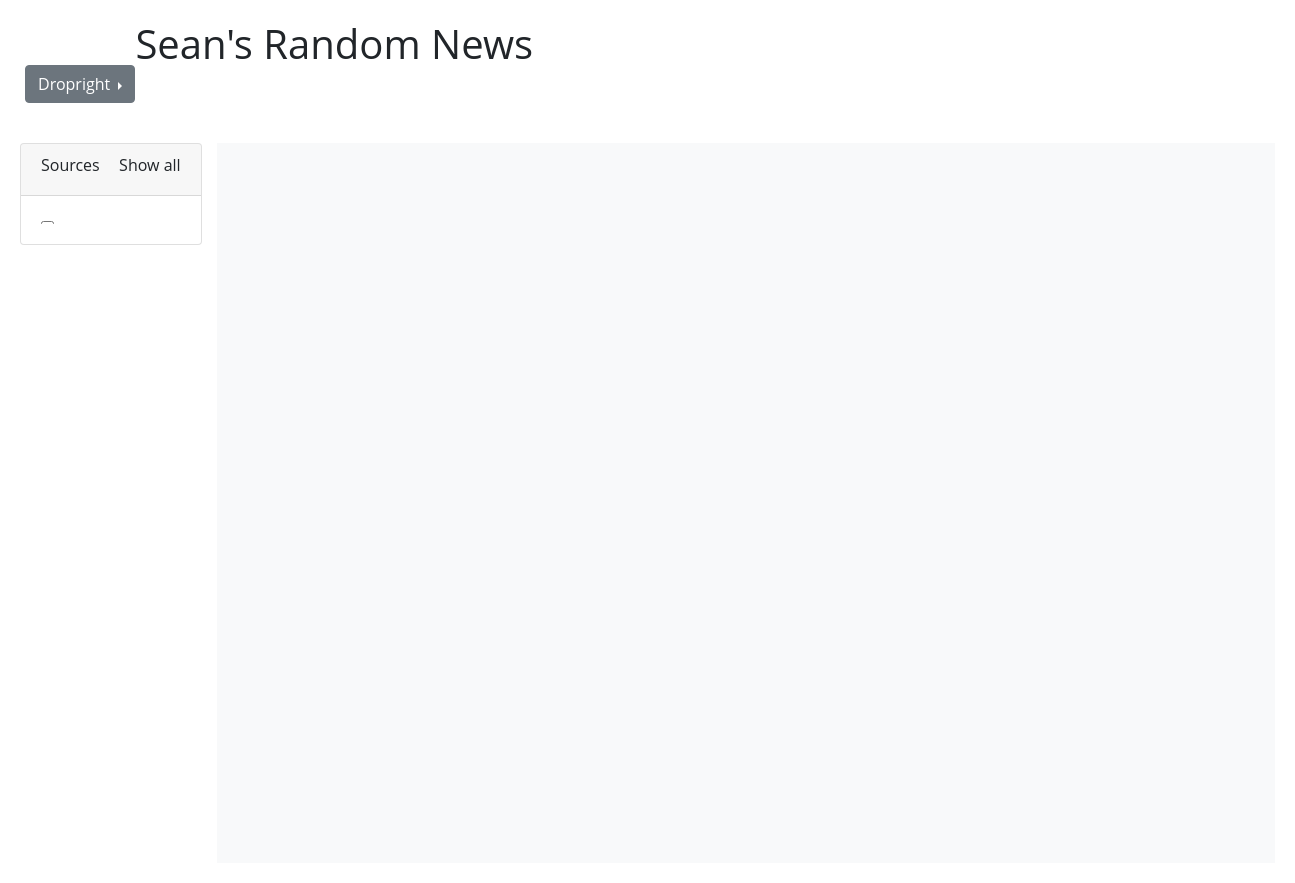
Repository: tts2610/GoogleNews
Page: index.html
The author's editor kept a copy of each file at every save. The page is drawn from the files as they stood at one save, then again after the next save.
The browser window is 1280 px wide. The page is 1295 px wide, so the pictures cover 1295 px, including what lies to the right of the window. The pictures show the whole page.
The page's requests for data from a server got no answer. Some web libraries are served in a nearby version.

Above is the page before, as saved 2020-05-21 11:08:28.

### index.html
<!DOCTYPE html>
<html lang="en">

<head>
    <meta charset="UTF-8">
    <meta name="viewport" content="width=device-width, initial-scale=1.0">
    <title>Document</title>
    <link rel="stylesheet" href="https://maxcdn.bootstrapcdn.com/bootstrap/4.4.1/css/bootstrap.min.css">

    <!-- jQuery library -->
    <script src="https://ajax.googleapis.com/ajax/libs/jquery/3.5.1/jquery.min.js"></script>

    <!-- Popper JS -->
    <script src="https://cdnjs.cloudflare.com/ajax/libs/popper.js/1.16.0/umd/popper.min.js"></script>

    <!-- Latest compiled JavaScript -->
    <script src="https://maxcdn.bootstrapcdn.com/bootstrap/4.4.1/js/bootstrap.min.js"></script>
    <link rel="stylesheet" href="css/style.css">

    <link href="https://unpkg.com/aos@2.3.1/dist/aos.css" rel="stylesheet">

    <link rel="stylesheet" href="https://cdnjs.cloudflare.com/ajax/libs/animate.css/4.0.0/animate.min.css" />
    <script src="js/moment.js"></script>
</head>

<body>
    <div class="myContainer">
        <div class="row">
            <div class="btn-group dropright" style="margin-left: -480px; margin-top: 45px;">
                <button type="button" class="btn btn-secondary dropdown-toggle" data-toggle="dropdown" aria-haspopup="true" aria-expanded="false">
              Dropright
            </button>
                <div class="dropdown-menu">
                    <!-- Dropdown menu links -->
                </div>
            </div>
            <h1>Sean's Random News</h1>
        </div>

        <div class="row">
            <div class="col-2 sidenav">
                <div class="card">
                    <article class="card-group-item">
                        <header class="card-header">
                            <h6 class="title">Sources<span style="float: right; cursor: pointer;" onclick="showAll(1)">Show all</span></h6>
                        </header>
                        <div class="filter-content">
                            <div class="card-body">
                                <form id="sideNav">
                                    <label class="form-check">
                                        <input class="form-check-input" type="checkbox" value="">
                                        <span class="form-check-label">

                                        </span>
                                    </label>
                                </form>

                            </div>
                            <!-- card-body.// -->
                        </div>
                    </article>
                    <!-- card-group-item.// -->

                    <!-- card-group-item.// -->
                </div>

            </div>
            <div class="col-10 content" id="myContent">

            </div>
        </div>



    </div>

    <script src="js/script.js"></script>
    <script src="https://unpkg.com/aos@2.3.1/dist/aos.js"></script>
    <script>
        AOS.init();
    </script>
</body>

</html>

### css/style.css
body {
    margin: 0;
    font-family: 'Open Sans', sans-serif;
}

.myContainer {
    /* display: flex;
    justify-content: start; */
}

.sidenav {
    min-height: 100vh;
    width: 250px;
    float: left;
    position: relative;
}

#sideNav {
    overflow-y: scroll;
}

.content {
    height: 100vh;
    width: calc(100% - 200px);
    float: right;
    position: relative;
    background-color: #f8f9fa;
    overflow-y: scroll;
}

.blog-entry-left {
    text-align: left;
    padding: 10px;
    width: 70%;
}

.blog-entry {
    padding: 10px;
}

.row {
    padding: 20px;
}

#container-row {
    display: flex;
    justify-content: flex-end;
}

button {
    margin-left: 500px;
}

### js/script.js
let newsList = [];
const apiKey = "2dc86bcdc7184b17b45b74b30858f75a"
let page = 1;
let pageSize = 6;
let sourceList = [];
let sourcePage = 0;
let categoryList = ['business', 'entertainment', 'general', 'health', 'science', 'sports', 'technology']
let q = "corona";
let filteredNews = []

const loadNews = async(page, category) => {
    let url;
    if (category && categoryList.includes(category)) {
        $("#myContent").empty();
        url = `https://newsapi.org/v2/top-headlines?q=${q}&apiKey=${apiKey}&page=${page}&pageSize=${pageSize}&category=${category}`;
    } else {
        $("#currentNews").remove();
        url = `https://newsapi.org/v2/top-headlines?q=${q}&apiKey=${apiKey}&page=${page}&pageSize=${pageSize}`;
    }

    let data = await fetch(url);
    let result = await data.json();
    $("#myContent").append(render(result));

    $('#myContent').append(`<button onclick="loadMoreFunction('${category}')" id="loadMoreBtn" type="button" class="btn btn-success my-4">Load more</button>`);
    $('#myContent').append(`<div id="currentNews" style="text-align:right;">Shown : ${$("#myContent .row").length} news</div>`);
}

function showAll() {
    $("input:checkbox:checked").each(function() {
        $(this).prop("checked", false);
    });
    loadNews(1, null);
}

$(document).ready(function() {
    renderDropDown();
    loadNews(page, null);
});


function loadMoreFunction(category) {
    page++;
    $("#loadMoreBtn").remove();
    $("#currentNews").remove();
    loadNews(page, category);
}

function reloadFilter() {
    $("#sideNav").empty();
    sourceList.forEach(element => {
        let html = `<label class="form-check">
        <input onchange="filterBySource('${element.id}')" class="form-check-input" type="checkbox" id="${element.id}" value="${element.id}">
        <span class="form-check-label">
            ${element.category}(${element.count})
        </span>`;
        $("#sideNav").append(html);
    });
}

function filterBySource(elem) {
    let newFilters = filteredNews.filter(x => x.source.id == elem);
    let innerHtml = newFilters.map(x => {
        return `<div class="row">
        <div class="news-img"><img class="rounded" src="${x.urlToImage}" width="200" height="200"></div>
        <div class="blog-entry-left">
            <div class="text">
                <h3 class="mb-2"><a href="${x.url}">${x.title}</a></h3>
                <div class="meta-wrap">
                    <p class="meta">
                        <span><i class="icon-calendar mr-2"></i>${moment(x.publishedAt).fromNow()}</span>
                        <span><a href="single.html" id="${x.source.id}"><i class="icon-folder-o mr-2"></i>${x.source.name}</a></span>
                        <span><i class="icon-comment2 mr-2"></i>5 Comment</span>
                    </p>
                </div>
                <p class="mb-4">${x.description}</p>
                <p><a href="${x.url}" class="btn-custom">Read More <span class="ion-ios-arrow-forward"></span></a></p>
            </div>
        </div>

    </div>`
    }).join('');
    $("#myContent").empty();
    if (isAnyChecked()) {
        $("#myContent").append(innerHtml);
    }

}

function isAnyChecked() {
    let flag = false;
    $("input:checkbox:checked").each(function() {
        flag = true;
    });
    if (!flag) {
        $("#myContent").empty();
        filteredNews = [];
        sourceList = [];
        page = 1;
        loadNews(1, null);
    }

    return flag;

}

function renderDropDown() {
    categoryList.forEach(element => {
        let html = `<a class="dropdown-item" href="#" onclick="return loadNews(1,'${element}');">${element}</a>`
        $('.dropdown-menu').append(html);
    });
}

function addToDictionary(x) {
    let flag;
    for (let i = 0; i < sourceList.length; i++) {
        if (sourceList[i].id == x.id) {
            sourceList[i].count++;
            flag = true;
        }
    }
    if (!flag)
        sourceList.push({ id: x.id, category: x.name, count: 1 })
}

function render(result) {
    let innerHtml = result.articles.map(x => {
        addToDictionary(x.source);
        filteredNews.push({ urlToImage: x.urlToImage, title: x.title, publishedAt: x.publishedAt, source: x.source, description: x.description })
        return `<div class="row">
        <div class="news-img"><img class="rounded" src="${x.urlToImage}" width="200" height="200"></div>
        <div class="blog-entry-left">
            <div class="text">
                <h3 class="mb-2"><a href="${x.url}">${x.title}</a></h3>
                <div class="meta-wrap">
                    <p class="meta">
                        <span><i class="icon-calendar mr-2"></i>${moment(x.publishedAt).fromNow()}</span>
                        <span><a href="single.html" id="${x.source.id}"><i class="icon-folder-o mr-2"></i>${x.source.name}</a></span>
                        <span><i class="icon-comment2 mr-2"></i>5 Comment</span>
                    </p>
                </div>
                <p class="mb-4">${x.description}</p>
                <p><a href="${x.url}" class="btn-custom">Read More <span class="ion-ios-arrow-forward"></span></a></p>
            </div>
        </div>

    </div>`
    }).join('');
    reloadFilter();
    return innerHtml;
}

Loaded but not shown: js/moment.js (library)

After the next save:
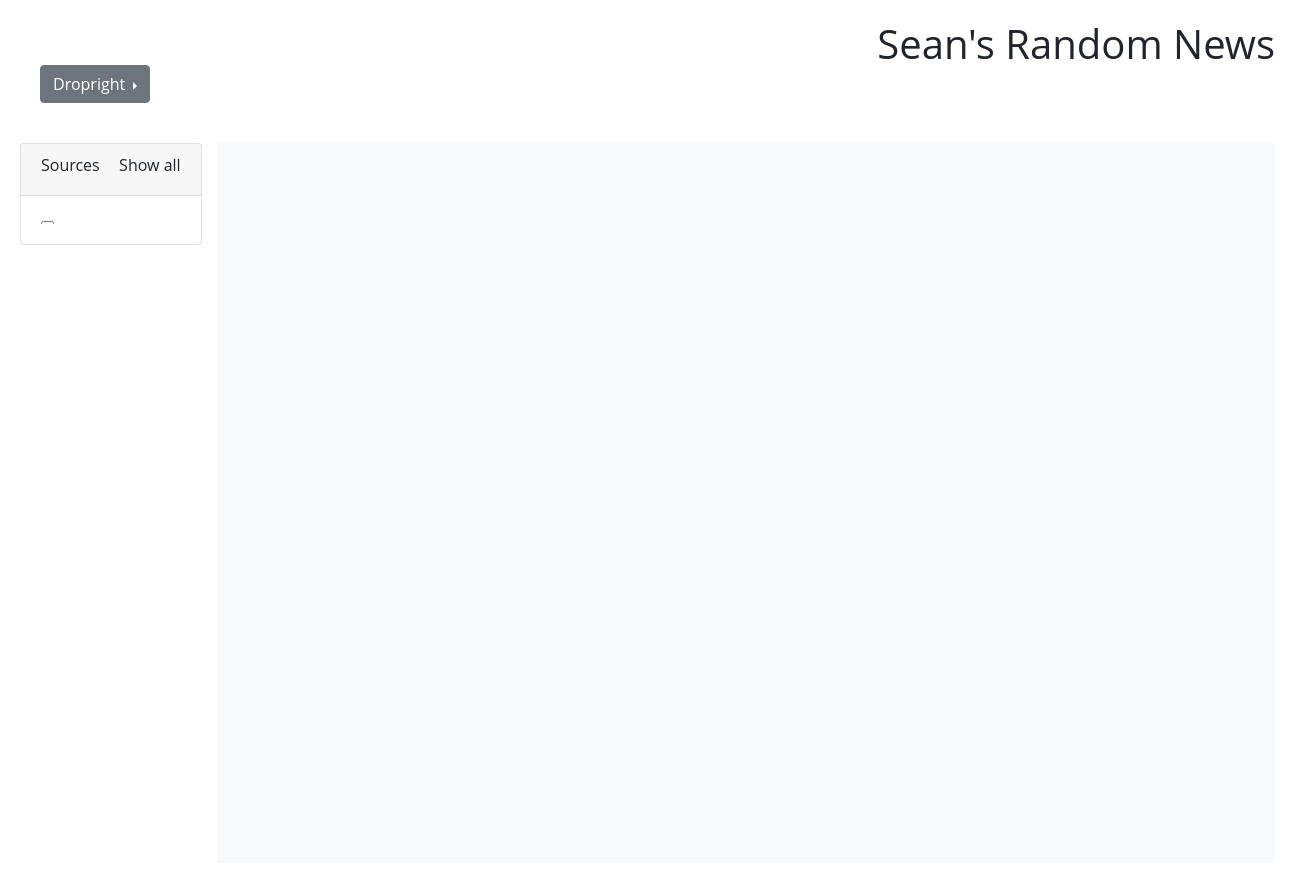
Saved 14 s later.
--- a/index.html
+++ b/index.html
@@ -26,14 +26,17 @@
 <body>
     <div class="myContainer">
         <div class="row">
-            <div class="btn-group dropright" style="margin-left: -480px; margin-top: 45px;">
-                <button type="button" class="btn btn-secondary dropdown-toggle" data-toggle="dropdown" aria-haspopup="true" aria-expanded="false">
-              Dropright
-            </button>
-                <div class="dropdown-menu">
-                    <!-- Dropdown menu links -->
+            <div class="col">
+                <div class="btn-group dropright" style="margin-left: -480px; margin-top: 45px;">
+                    <button type="button" class="btn btn-secondary dropdown-toggle" data-toggle="dropdown" aria-haspopup="true" aria-expanded="false">
+                  Dropright
+                </button>
+                    <div class="dropdown-menu">
+                        <!-- Dropdown menu links -->
+                    </div>
                 </div>
             </div>
+
             <h1>Sean's Random News</h1>
         </div>
 
